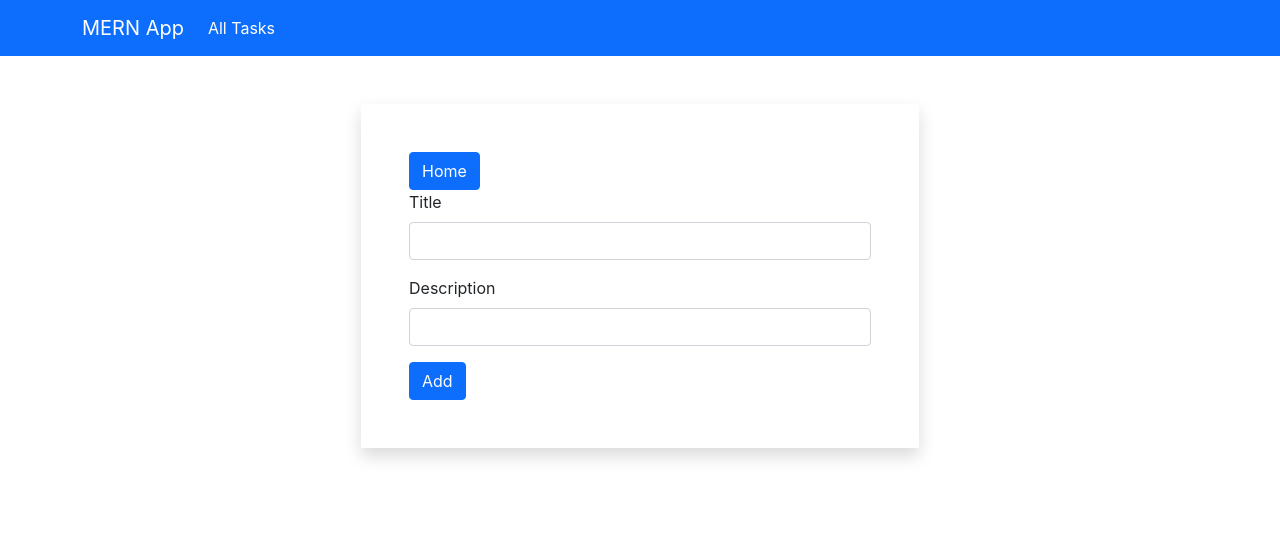
Repository: swathivanka444/MERN-CRUD
Page: /AddTask (app in frontend_crudapp_reactjs-master/)
The author's editor kept a copy of each file at every save. The page is drawn from the files as they stood at one save, then again after the next save.
The browser window is 1280 px wide. The pictures show the whole page.
The project was rebuilt for these pictures with package versions that can differ from the ones it lists, and the page was loaded fresh each time. Also part of the build but not shown: frontend_crudapp_reactjs-master/src/App.css, frontend_crudapp_reactjs-master/src/component/AllTasks.js.

Above is the page before, as saved 2023-08-29 13:09:48.

After the next save:
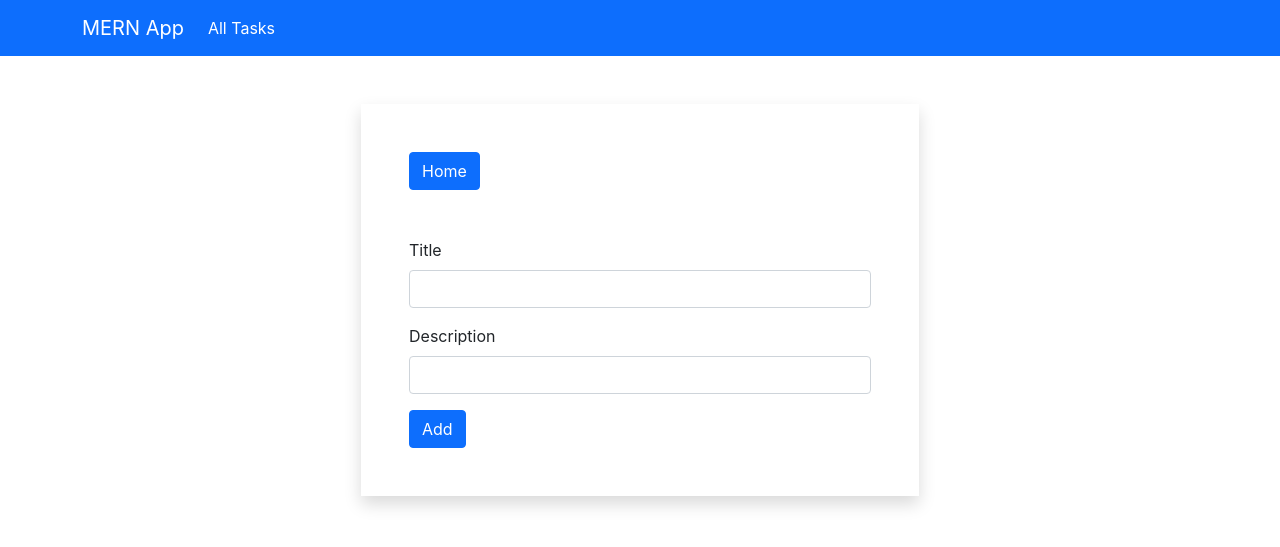
Saved 26 s later.
--- a/frontend_crudapp_reactjs-master/src/component/AddTask.js
+++ b/frontend_crudapp_reactjs-master/src/component/AddTask.js
@@ -7,7 +7,7 @@ export default function AddTask() {
             <form className="mx-auto w-50 shadow p-5">
             <Link className="btn btn-primary">Home</Link>
                 <div class="mb-3 ">
-                    <label for="exampleInputEmail1" class="form-label">Title</label>
+                    <label for="exampleInputEmail1" class="form-label mt-5">Title</label>
                     <input type="text" class="form-control" id="exampleInputEmail1" aria-describedby="emailHelp" />
                 </div>
                 <div class="mb-3 ">
